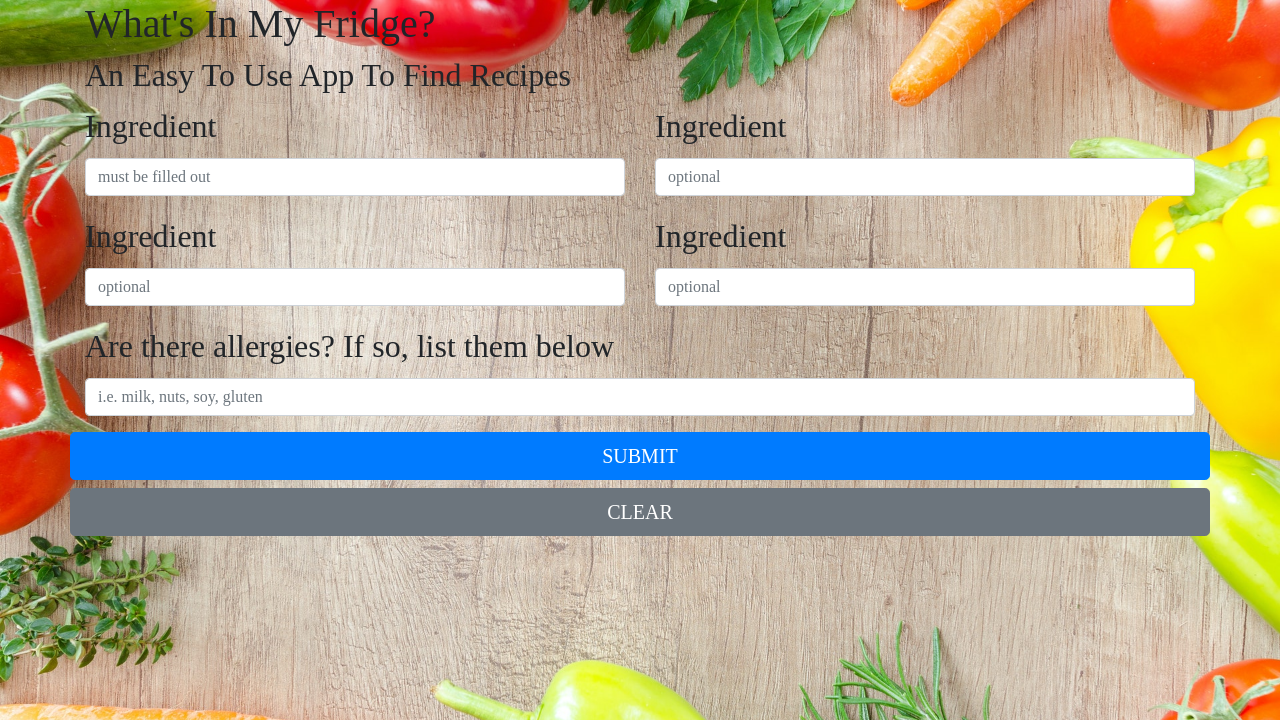
Repository: ogipajic/Recipe_API
Page: index.html
These files come from the project's save history. The page is drawn as it stood at one moment and after the next save; the edit follows.
The browser window is 1280 px wide. The pictures show the whole page.
Some web fonts or font styles are not loaded; a fallback is used.

Above is the page before, as saved 2020-07-06 14:37:53.
Not found: script.js

### index.html
<!DOCTYPE html>
<html lang="en">
<head>
    <meta charset="UTF-8">
    <meta name="viewport" content="width=device-width, initial-scale=1.0">
    <script
  src="https://code.jquery.com/jquery-3.5.1.min.js"
  integrity="sha256-9/aliU8dGd2tb6OSsuzixeV4y/faTqgFtohetphbbj0="
  crossorigin="anonymous"></script>
  <link rel="stylesheet" href="https://stackpath.bootstrapcdn.com/bootstrap/4.5.0/css/bootstrap.min.css" integrity="sha384-9aIt2nRpC12Uk9gS9baDl411NQApFmC26EwAOH8WgZl5MYYxFfc+NcPb1dKGj7Sk" crossorigin="anonymous">
  <link rel="stylesheet" href="stylesheet.css">
  <link href="https://fonts.googleapis.com/css2?family=Annie+Use+Your+Telescope&family=Lemon&display=swap" rel="stylesheet">
  <title>What's In My Fridge?</title>
</head>
<body>
    <div class="container">
        <div class="header">
        <h1>What's In My Fridge?</h1>
        <h2>An Easy To Use App To Find Recipes</h2>
        </div>






      <form>
          <div class="row">
              <div class="col-sm-6">
        <div class="form-group">
          <label for="exampleFormControlInput1">Ingredient</label>
          <input type="email" class="form-control" id="exampleFormControlInput1" placeholder="must be filled out">
        </div>
              </div>
              <div class="col-sm-6">
        <div class="form-group">
            <label for="exampleFormControlInput1">Ingredient</label>
            <input type="email" class="form-control" id="exampleFormControlInput1" placeholder="optional">
          </div>
          </div>
        </div>
        <div class="row">
            <div class="col-sm-6">
          <div class="form-group">
            <label for="exampleFormControlInput1">Ingredient</label>
            <input type="email" class="form-control" id="exampleFormControlInput1" placeholder="optional">
          </div>
        </div>
        <div class="col-sm-6">
          <div class="form-group">
            <label for="exampleFormControlInput1">Ingredient</label>
            <input type="email" class="form-control" id="exampleFormControlInput1" placeholder="optional">
          </div>
          </div>
          </div>
        </div>

        <div class="container">
        <div class="form-group">
            <div class="row">
                <div class="col-sm-12">
          <label for="exampleFormControlInput1">Are there allergies? If so, list them below</label>
          <input type="email" class="form-control" id="exampleFormControlInput1" placeholder="i.e. milk, nuts, soy, gluten">
          </div>
        </div>
        </div>
        </div>
      </form>
    <div class="container">
        <div class="row">
      <button type="button" class="btn btn-primary btn-lg btn-block">SUBMIT</button>
      <button type="button" class="btn btn-secondary btn-lg btn-block">CLEAR</button>
    </div>
    </div>
    </div>
 <div class="results">
<!-- display results here -->

 </div>
 <script src="script.js"></script>
 <script src="https://code.jquery.com/jquery-3.5.1.slim.min.js" integrity="sha384-DfXdz2htPH0lsSSs5nCTpuj/zy4C+OGpamoFVy38MVBnE+IbbVYUew+OrCXaRkfj" crossorigin="anonymous"></script>
 <script src="https://cdn.jsdelivr.net/npm/popper.js@1.16.0/dist/umd/popper.min.js" integrity="sha384-Q6E9RHvbIyZFJoft+2mJbHaEWldlvI9IOYy5n3zV9zzTtmI3UksdQRVvoxMfooAo" crossorigin="anonymous"></script>
 <script src="https://stackpath.bootstrapcdn.com/bootstrap/4.5.0/js/bootstrap.min.js" integrity="sha384-OgVRvuATP1z7JjHLkuOU7Xw704+h835Lr+6QL9UvYjZE3Ipu6Tp75j7Bh/kR0JKI" crossorigin="anonymous"></script>
</body>
</html>

### stylesheet.css
/* Body font style and font size */
body {
    font-size: 2rem;
    font-family: 'Annie Use Your Telescope', cursive;
    background-image: url(Assets/carrots-food-fresh-freshness-616404.jpg);
    background-position: center center;
    background-repeat: no-repeat;
    background-attachment: fixed;
    background-size: cover;
}

/* Font and image within jumbotron */
.jumbotron {
    text-align: center;
    font-family: 'Annie Use Your Telescope', cursive;
    background: url('Assets/board-bunch-cooking-food-349609.jpg');
    background-position: center center;
    background-size: cover;
    border-radius: 5px;
}

After the next save:
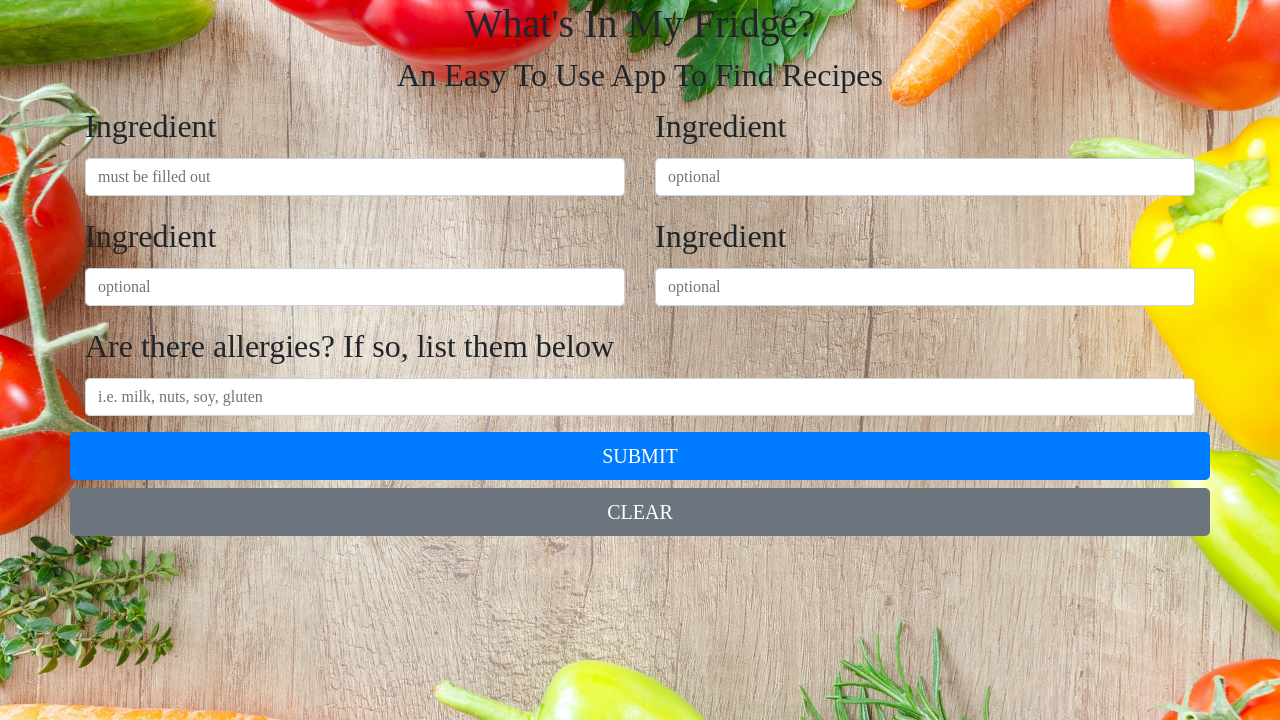
Saved 66 s later.
--- a/stylesheet.css
+++ b/stylesheet.css
@@ -9,12 +9,7 @@ body {
     background-size: cover;
 }
 
-/* Font and image within jumbotron */
-.jumbotron {
+.header {
     text-align: center;
-    font-family: 'Annie Use Your Telescope', cursive;
-    background: url('Assets/board-bunch-cooking-food-349609.jpg');
-    background-position: center center;
-    background-size: cover;
-    border-radius: 5px;
+
 }
